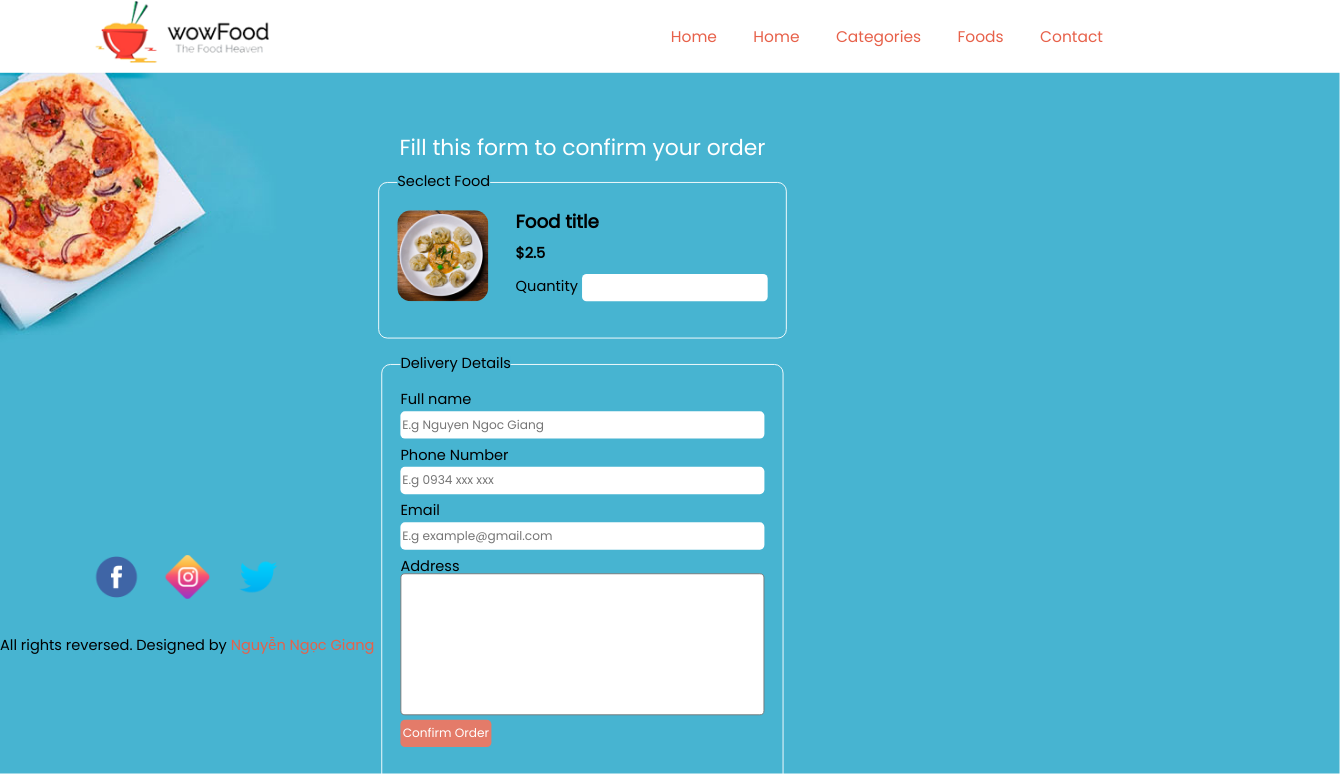
Repository: ruaruababa/WowFood
Page: order.html
The author's editor kept a copy of each file at every save. The page is drawn from the files as they stood at one save, then again after the next save.
The browser window is 1280 px wide. The page is 1472 px wide, so the pictures cover 1472 px, including what lies to the right of the window. The pictures show the whole page, at 91% of full size.

Above is the page before, as saved 2021-09-19 22:52:39.

### order.html
<!DOCTYPE html>
<html lang="en">
  <head>
    <meta charset="UTF-8" />
    <meta http-equiv="X-UA-Compatible" content="IE=edge" />
    <meta name="viewport" content="width=device-width, initial-scale=1.0" />
    <title>Order Food</title>
    <link rel="stylesheet" href="./style.css" />
    <link rel="stylesheet" href="./reset.css" />
    <link rel="stylesheet" href="./order.css" />
    <link rel="preconnect" href="https://fonts.googleapis.com" />
    <link rel="preconnect" href="https://fonts.gstatic.com" crossorigin />
    <link
      href="https://fonts.googleapis.com/css2?family=Poppins:wght@400&display=swap"
      rel="stylesheet"
    />
  </head>

  <body>
    <nav>
      <input type="checkbox" id="check" />
      <label for="check" class="checkbtn">
        <i class="fas fa-bars"></i>
      </label>
      <label class="logo">
        <img src="./img/logo.png" alt="" class="img-logo" />
      </label>
      <ul class="navbar">
        <li><a class="active" href="#">Home</a></li>
        <li><a href="#">Home</a></li>
        <li><a href="#">Categories</a></li>
        <li><a href="#">Foods</a></li>
        <li><a href="#">Contact</a></li>
      </ul>
    </nav>
    <section id="section-order" style="position: relative;">
      <img
        src="./bgorder.jpg"
        alt=""
        class="bgr"
        style="position: absolute; z-index: -1"
      />
      <div class="container-order">
        <form action="">
          <h3 class="title-order">Fill this form to confirm your order</h3>
          <div class="container-seclect-food">
            <div class="img-food">
              <!-- <label for="" class="seclect">Seclect Food</label> -->
              <img src="./img/menu-momo.jpg" alt="" class="bgr-item" />
            </div>
            <div class="content-food">
              <h6 class="title-item">Food title</h6>
              <span class="price-item">$2.5</span>
              <label for="" class="quantity">Quantity</label>
              <input type="number" min="1" max="100" class="inp-number" />
            </div>
          </div>
          <div class="container-delivery-title">
            <lable class="full-name">Full name</lable>
            <input type="text" placeholder="E.g Nguyen Ngoc Giang" />
            <lable class="phone-number">Phone Number</lable>
            <input type="text" placeholder="E.g 0934 xxx xxx" />
            <lable class="email">Email</lable>
            <input type="text" placeholder="E.g example@gmail.com" />
            <lable class="Address">Address</lable>
            <textarea
              name="address"
              id=""
              cols="30"
              rows="10"
              style="resize: none; border-radius: 5px"
            ></textarea>
            <input
              type="button"
              value="Confirm Order"
              style="width: 100px; background-color: #e47b69; color: white"
            />
          </div>
        </form>
      </div>
    </section>
    <footer style="position:absolute; margin-top: 500px;">
      <div class="container-footer">
        <div class="social-network-icon">
          <div class="icon-fb">
            <a href="https://www.facebook.com/WowFoodPage"
              ><img src="./img/facebook_icon-icons.com_59205.png" alt=""
            /></a>
          </div>
          <div class="icon-insta">
            <a href="https://www.instagram.com/wowfoodrus/"
              ><img src="./img/intsa-icon.png" alt=""
            /></a>
          </div>
          <div class="icon-twitter">
            <a href="https://twitter.com/WOWFoodPics"
              ><img src="./img/twitter_socialnetwork_20007.png" alt=""
            /></a>
          </div>
        </div>
        <div class="license">
          <p>
            All rights reversed. Designed by <a href="">Nguyễn Ngọc Giang</a>
          </p>
        </div>
      </div>
    </footer>
  </body>
</html>

### style.css

li {
  text-decoration: none;
}

a {
  text-decoration: none;
}

nav {
  height: 80px;
  width: 100%;
}

label.logo {
  padding: 0 100px;
}

nav ul {
  float: right;
  margin-right: 50px;
}

nav ul li {
  display: inline-block;
  line-height: 80px;
  margin: 0 5px;
  font-family: "Poppins", sans-serif;
}

nav ul li a {
  color: #e7614a;
  font-size: 17px;
  padding: 7px 13px;
  border-radius: 3px;
}

.checkbtn {
  font-size: 30px;
  color: white;
  float: right;
  line-height: 80px;
  margin-right: 40px;
  cursor: pointer;
  display: none;
}

#check {
  display: none;
}

ul:hover li {
  filter: blur(3px);
  opacity: 0.5;
  transform: scale(0.98);
  box-shadow: none;
}

ul:hover li:hover {
  transform: scale(1.1);
  filter: blur(0px);
  opacity: 1;
  box-shadow: 0 8px 20px 0px rgba(0, 0, 0, 0.125);
}

.container-section-search {
  position: relative;
  text-align: center;
  margin-top: 15px;
}

.background-search {
  height: 250px;
}

.background-search img {
  height: inherit;
  width: 100%;
  object-fit: cover;
}

.form {
  width: 100%;
  position: absolute;
  top: 50%;
  left: 50%;
  transform: translate(-50%, -50%);
  height: 22px;
}

.input-search {
  width: 35%;
  height: inherit;
}

.btn-search {
  background-color: rgba(250, 59, 59, 0.849);
  border: none;
  border-radius: 5px;
  font-size: 14px;
  color: white;
  cursor: pointer;
  padding: 3px;
}

#section-collection {
  position: relative;
}

.container-section-collection {
  height: max-content;
}

.explore-food {
  padding-top: 70px;
  text-align: center;
  font-size: 24px;
  font-family: "Poppins", sans-serif;
}

.collection-food {
  width: 100%;
}

.list-food {
  margin-top: 50px;
  display: flex;
  justify-content: center;
  column-gap: 50px;
}

.list-food li {
  width: 330px;
  height: 400px;
  transition: 0.2s all;
}

.list-food li:hover {
  transform: scale(0.95);
}

.list-food li img {
  width: 100%;
  height: 100%;
  object-fit: cover;
  border-radius: 10px;
}

.list-food li span {
  font-family: "Poppins", sans-serif;
  display: block;
  font-size: 20px;
  text-align: center;
  color: #ffffff;
  margin-top: -50px;
}

article {
  background-color: #ececec;
}

.title-food-menu {
  padding-top: 70px;
  font-size: 24px;
  text-align: center;
  font-family: "Poppins", sans-serif;
}

.container-menu {
  padding-top: 50px;
  display: grid;
  grid-gap: 20px;
  grid-template-columns: repeat(auto-fit, minmax(550px, 1fr));
  grid-auto-rows: 180px;
  justify-items: center;
  font-family: "Poppins", sans-serif;
}

.container-item:nth-child(odd) {
  justify-self: end;
}

.container-item:nth-child(even) {
  justify-self: start;
}

.container-item {
  background-color: #ffffff;
  display: flex;
  align-items: center;
  border-radius: 15px;
}

.container-item img {
  width: 25%;
  height: 70%;
  object-fit: cover;
  border-radius: 15px;
  margin: 0 28px;
}

.container-item .item-content {
  width: 100%;
  height: 70%;
  object-fit: cover;
  border-radius: 15px;
  margin: 0 28px;
}

.item-content {
  display: inline-block;
}

.title-item {
  font-size: 16px;
  font-weight: bold;
  line-height: 25px;
}

.price-item {
  line-height: 25px;
  font-weight: bold;
}

.des-item {
  font-size: 14px;
  line-height: 20px;
  color: #747d9c;
}

.oder-item {
  text-decoration: none;
  background-color: #f56b81;
  color: white;
  border-radius: 5px;
  padding: 3px;
  display: inline-block;
}

.footer-food-menu {
  margin-top: 30px;
}

.see-all-foods {
  display: block;
  text-align: center;
  text-decoration: none;
  color: #f56b81;
  padding-bottom: 50px;
  font-family: "Poppins", sans-serif;
  transition: 0.2s all;
}

.see-all-foods:hover {
  text-decoration: underline;
  transform: scale(1.1);
}

.social-network-icon {
  display: flex;
  justify-content: center;
  margin-top: 30px;
}

.icon-insta {
  margin: 0 30px;
}

.license {
  margin-top: 40px;
  margin-bottom: 30px;
  font-family: "Poppins", sans-serif;
}

.license p {
  text-align: center;
}

.license p a {
  text-decoration: none;
  color: #e7614a;
}

@media (max-width: 952px) {
  label.logo {
    padding-left: 50px;
  }

  nav ul li a {
    font-size: 16px;
  }

  .container-item:nth-child(odd) {
    justify-self: center;
  }

  .container-item:nth-child(even) {
    justify-self: center;
  }
}

@media (max-width: 858px) {
  i {
    color: black;
  }

  .checkbtn {
    display: block;
  }

  .navbar {
    position: fixed;
    width: 100%;
    height: 250px;
    left: -100%;
    text-align: center;
    transition: all 0.5s;
    z-index: 2;
    background-color: #ffffff;
  }

  nav ul li {
    display: block;
    margin: 10px 0;
    line-height: 30px;
  }

  nav ul li a {
    font-size: 20px;
  }

  #check:checked ~ ul {
    left: 0;
  }

  .container-section-collection {
    height: max-content;
  }
}

section {
  position: relative;
}
@media (max-width: 858px) {
   .container-menu {
    padding-top: 50px;
    display: grid;
    grid-gap: 20px;
    grid-template-columns: repeat(auto-fit, minmax(550px, 1fr));
    grid-auto-rows: 180px;
    justify-items: center;
    font-family: "Poppins", sans-serif;
  }
}

@media (max-width: 414px) {
  label img {
    margin-left: -50px;
  }
  i.fa-bars {
    margin-right: -20px;
  }
  .navbar {
    position: fixed;
    width: 414px;
    height: 250px;
    left: -100%;
    text-align: center;
    transition: all 0.5s;
    z-index: 2;
    background-color: #ffffff;
  }

  nav ul li {
    display: block;
    margin: 10px 0;
    line-height: 30px;
  }

  nav ul li a {
    font-size: 20px;
  }

  #check:checked ~ ul {
    left: 0;
  }
  .list-food {
    display: flex;
    flex-direction: column;
    gap: 15px;
  }

  .item {
    align-self: center;
  }

  .container-menu {
    padding-top: 50px;
    display: grid;
    grid-gap: 20px;
    grid-template-columns: repeat(auto-fit, minmax(375px, 1fr));
    grid-auto-rows: 180px;
    justify-items: center;
    font-family: "Poppins", sans-serif;
  }
}

@media (max-width: 375px) {
  label img {
    margin-left: -50px;
  }
  i.fa-bars {
    margin-right: -20px;
  }
  .navbar {
    position: fixed;
    width: 375px;
    height: 250px;
    left: -100%;
    text-align: center;
    transition: all 0.5s;
    z-index: 2;
    background-color: #ffffff;
  }

  nav ul li {
    display: block;
    margin: 10px 0;
    line-height: 30px;
  }

  nav ul li a {
    font-size: 20px;
  }

  #check:checked ~ ul {
    left: 0;
  }

  .list-food {
    display: flex;
    flex-direction: column;
    gap: 15px;
  }

  .item {
    align-self: center;
  }

  .container-menu {
    padding-top: 50px;
    display: grid;
    grid-gap: 20px;
    grid-template-columns: repeat(auto-fit, minmax(375px, 1fr));
    grid-auto-rows: 180px;
    justify-items: center;
    font-family: "Poppins", sans-serif;
  }
  @media (max-width: 320px) {
  label img {
    margin-top: -70px;
    margin-left: -50px;
    padding-bottom: 10px;
  }
  i.fa-bars {
    margin-right: -20px;
    padding-top: 20px;
  }
  .navbar {
    position: fixed;
    width: 320px;
    height: 250px;
    left: -100%;
    text-align: center;
    transition: all 0.5s;
    z-index: 2;
    background-color: #ffffff;
    margin-top: -5px;
  }

  nav ul li {
    display: block;
    margin: 10px 0;
    line-height: 30px;
  }

  nav ul li a {
    font-size: 20px;
  }

  #check:checked ~ ul {
    left: 0;
  }

  .list-food {
    display: flex;
    flex-direction: column;
    gap: 15px;
  }

  .item {
    align-self: center;
  }

  .container-menu {
    padding-top: 50px;
    display: grid;
    grid-gap: 20px;
    grid-template-columns: repeat(auto-fit, minmax(319px, 1fr));
    grid-auto-rows: 180px;
    justify-items: center;
    font-family: "Poppins", sans-serif;
  }
}

/* article{
  position: relative;
  top: 200px;
} */

### order.css
.container-order{
    position: relative;
}
.title-order{
    font-size: 24px;
    position: absolute;
    left: 50%;
    transform: translateX(-50%);
    padding-top: 70px;
    font-family: "Poppins", sans-serif;
    color: white;
}
.container-seclect-food::before{
    content: "Seclect Food";
    background-color: #47b4d1;
    position: absolute;
    margin-top: -40px;
}
.container-seclect-food{
    display: flex;
    position: absolute;
    left: 50%;
    transform: translateX(-50%);
    margin-top: 120px;
    justify-content: flex-start;
    gap: 30px;
    border: 1px solid white;
    padding: 30px 20px;
    border-radius: 10px;
    font-family: "Poppins", sans-serif;
}
.img-food{
    display: inline;
}
.img-food img{
    width: 100px;
    border-radius: 15px;
}
.title-item{
    font-size: 20px;
}
.price-item{
    display: block;
    padding-top: 10px;
}
.inp-number{
    margin-top: 10px;
    width: 200px;
    border-radius: 5px;
}

.container-delivery-title::before{
    content: "Delivery Details";
    margin-top: -10px;
    margin-left: 20px;
    background-color: #47b4d1;
    display: inline;
    position: absolute;
}
.container-delivery-title{
    position: absolute;
    margin-top: 320px;
    display: grid;
    grid-template-columns: repeat(auto-fit, minmax(400px, 1fr));
    left: 50%;
    transform: translateX(-50%);
    border: 1px solid white;
    padding: 30px 20px;
    border-radius: 10px;
    font-family: "Poppins", sans-serif;
}

input{
    border: 0px;
    border-radius: 5px;
    padding: 5px 2px ;
    margin-bottom: 10px;
    margin-top: 5px;
    font-family: "Poppins", sans-serif;
}
label{
    font-family: "Poppins", sans-serif;
}

Loaded but not shown: reset.css (common file)

After the next save:
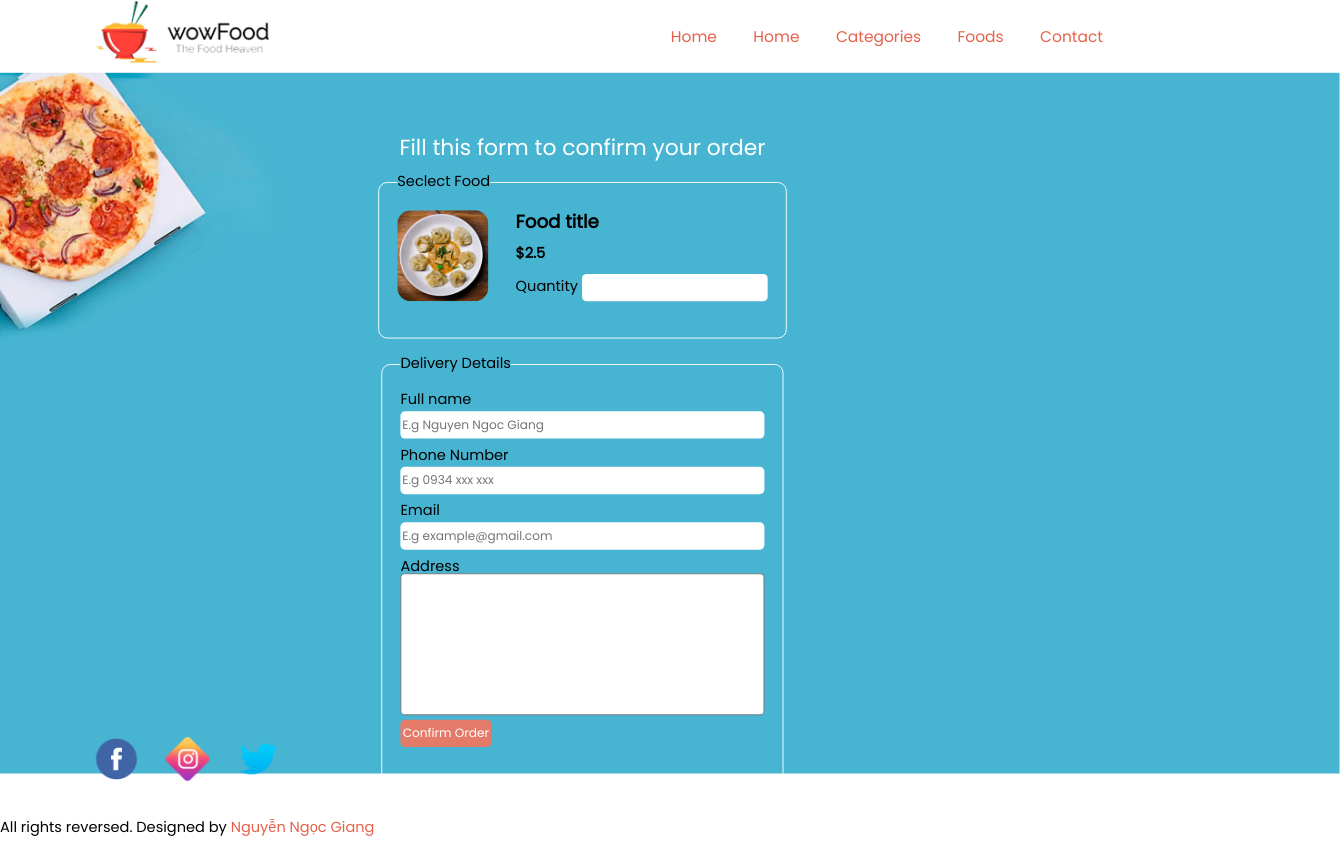
Saved 4 s later.
--- a/order.html
+++ b/order.html
@@ -79,7 +79,7 @@
         </form>
       </div>
     </section>
-    <footer style="position:absolute; margin-top: 500px;">
+    <footer style="position:absolute; margin-top: 700px;">
       <div class="container-footer">
         <div class="social-network-icon">
           <div class="icon-fb">
